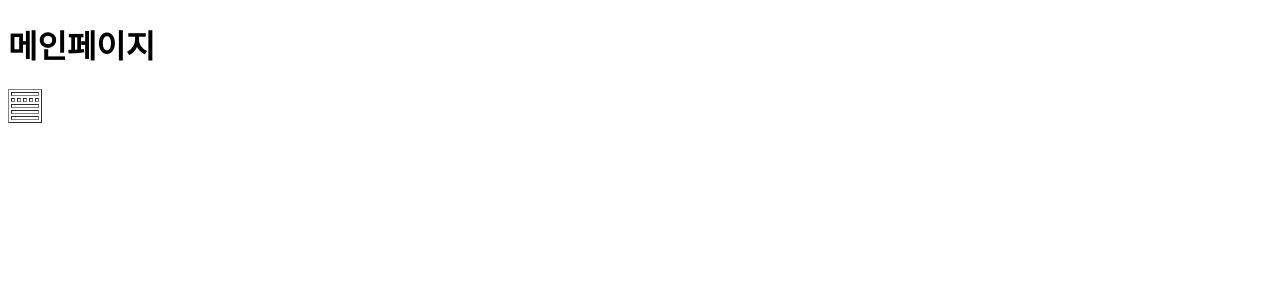
Repository: lastingrowth/teamPrj
Page: http://localhost/studyPrj/info.jsp?cate=bsy
The author's editor kept a copy of each file at every save. The page is drawn from the files as they stood at one save, then again after the next save.
The browser window is 1280 px wide. The pictures show the whole page.
The page is served by Tomcat 9.

Above is the page before, as saved 2026-05-01 09:54:12.

After the next save:
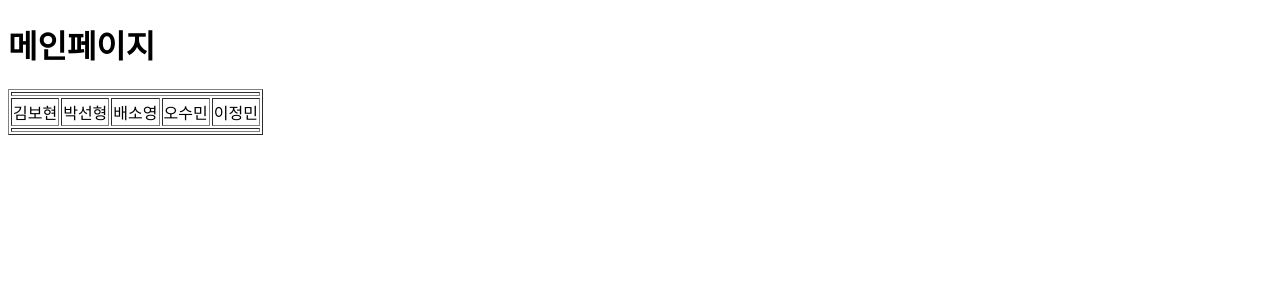
Saved 84 s later.
--- a/study_work/studyPrj/src/main/webapp/info.jsp
+++ b/study_work/studyPrj/src/main/webapp/info.jsp
@@ -12,22 +12,19 @@
 	<tr>
 		<td colspan="5"></td>
 	</tr>
+
 	<tr>
-		<td></td>
-		<td></td>
-		<td></td>
-		<td></td>
-		<td></td>
+		<td>김보현</td>
+		<td>박선형</td>
+		<td>배소영</td>
+		<td>오수민</td>
+		<td>이정민</td>
 	</tr>
+
 	<tr>
 		<td colspan="5"></td>
 	</tr>
-	<tr>
-		<td colspan="5"></td>
-	</tr>
-	<tr>
-		<td colspan="5"></td>
-	</tr>
+
 </table>
 </body>
 </html>
